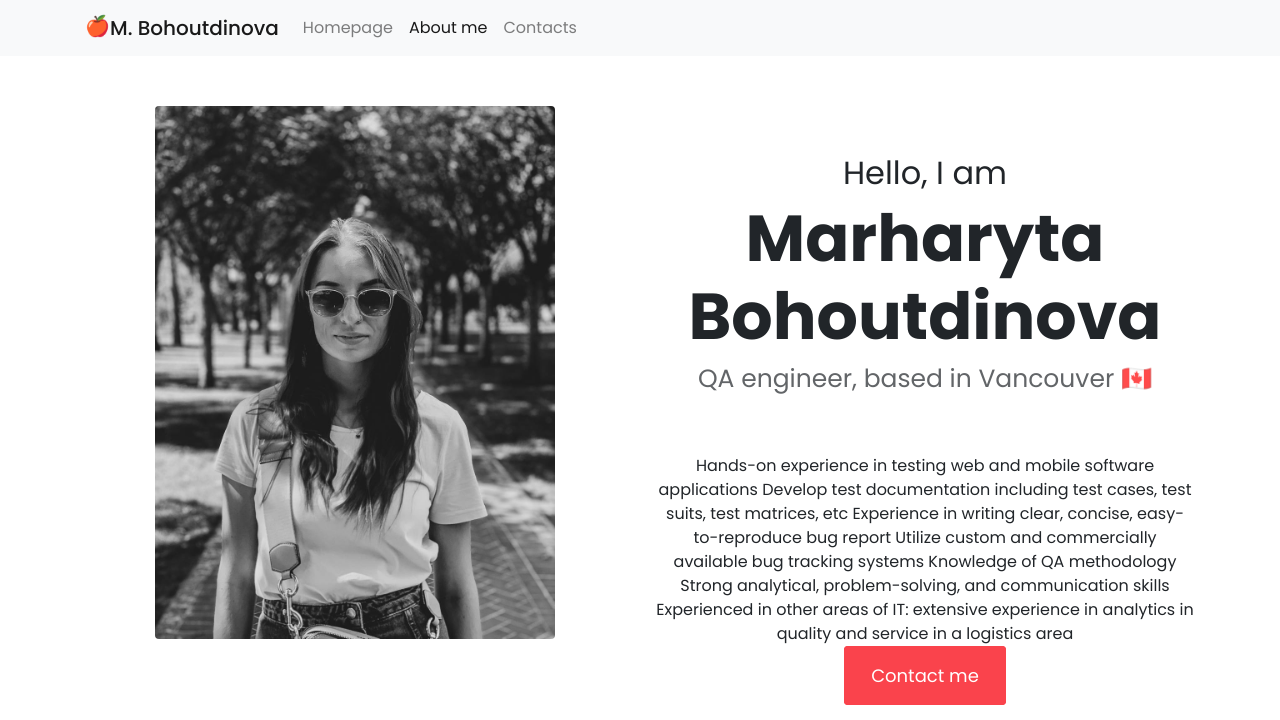
Repository: Bohoutdinova/Portfolio_week-4
Page: about.html
These files come from the project's save history. The page is drawn as it stood at one moment and after the next save; the edit follows.
The browser window is 1280 px wide. The pictures show the whole page.

Above is the page before, as saved 2022-08-12 15:39:22.

### about.html
<!DOCTYPE html>
<html lang="en">
  <meta charset="UTF-8" />
  <meta http-equiv="X-UA-Compatible" content="IE=edge" />
  <meta name="viewport" content="width=device-width, initial-scale=1.0" />
  <title>M. Bohoutdinova - QA engineer</title>
  <meta
    name="description"
    content="About M. Bohoutdinova - QA engineer, situated in Vancouver"
  />
  <link
    rel="stylesheet"
    href="https://cdn.jsdelivr.net/npm/bootstrap@4.3.1/dist/css/bootstrap.min.css"
    integrity="sha384-ggOyR0iXCbMQv3Xipma34MD+dH/1fQ784/j6cY/iJTQUOhcWr7x9JvoRxT2MZw1T"
    crossorigin="anonymous"
  />
  <script
    src="https://code.jquery.com/jquery-3.3.1.slim.min.js"
    integrity="sha384-q8i/X+965DzO0rT7abK41JStQIAqVgRVzpbzo5smXKp4YfRvH+8abtTE1Pi6jizo"
    crossorigin="anonymous"
  ></script>
  <script
    src="https://cdn.jsdelivr.net/npm/popper.js@1.14.7/dist/umd/popper.min.js"
    integrity="sha384-UO2eT0CpHqdSJQ6hJty5KVphtPhzWj9WO1clHTMGa3JDZwrnQq4sF86dIHNDz0W1"
    crossorigin="anonymous"
  ></script>
  <script
    src="https://cdn.jsdelivr.net/npm/bootstrap@4.3.1/dist/js/bootstrap.min.js"
    integrity="sha384-JjSmVgyd0p3pXB1rRibZUAYoIIy6OrQ6VrjIEaFf/nJGzIxFDsf4x0xIM+B07jRM"
    crossorigin="anonymous"
  ></script>
  <link rel="stylesheet" href="/src/style.css" />
  <link rel="preconnect" href="https://fonts.googleapis.com" />
  <link rel="preconnect" href="https://fonts.gstatic.com" crossorigin />
  <link rel="preconnect" href="https://fonts.googleapis.com" />
  <link rel="preconnect" href="https://fonts.gstatic.com" crossorigin />
  <link
    href="https://fonts.googleapis.com/css2?family=Abril+Fatface&family=Poppins:wght@100;400;500;700&display=swap"
    rel="stylesheet"
  />
  <body>
    <nav class="navbar navbar-expand-lg navbar-light bg-light">
      <div class="container">
        <a class="navbar-brand" href="/index.html" title="Homepage"
          >M. Bohoutdinova</a
        >
        <button
          class="navbar-toggler"
          type="button"
          data-toggle="collapse"
          data-target="#navbarNav"
          aria-controls="navbarNav"
          aria-expanded="false"
          aria-label="Toggle navigation"
        >
          <span class="navbar-toggler-icon"></span>
        </button>
        <div class="collapse navbar-collapse" id="navbarNav">
          <ul class="navbar-nav">
            <li class="nav-item">
              <a class="nav-link" href="/index.html" title="Homepage"
                >Homepage <span class="sr-only">(current)</span></a
              >
            </li>
            <li class="nav-item active">
              <a
                class="nav-link"
                href="/about.html"
                title="About M. Bohoutdinova"
                >About me</a
              >
            </li>
            <li class="nav-item">
              <a class="nav-link" href="#" title="Contact with M. Bohoutdinova"
                >Contacts</a
              >
            </li>
          </ul>
        </div>
      </div>
    </nav>
    <div class="container mt-5">
      <div class="row">
        <div class="col d-none d-lg-block">
          <img
            src="/images/photo.jpg"
            alt="My photo"
            width="400"
            class="img-fluid rounded"
          />
        </div>
        <div class="col hero-page mt-5">
          <h2>Hello, I am</h2>
          <h1 class="name">Marharyta Bohoutdinova</h1>
          <h3>QA engineer, based in Vancouver 🇨🇦</h3>
          <p class="about-description">
            Hands-on experience in testing web and mobile software applications
            Develop test documentation including test cases, test suits, test
            matrices, etc Experience in writing clear, concise,
            easy-to-reproduce bug report Utilize custom and commercially
            available bug tracking systems Knowledge of QA methodology Strong
            analytical, problem-solving, and communication skills Experienced in
            other areas of IT: extensive experience in analytics in quality and
            service in a logistics area
          </p>
          <a href="#" class="contact-me rounded mt-5" title="Contact me"
            >Contact me</a
          >
        </div>
      </div>
    </div>
  </body>
</html>

### src/style.css
:root {
  --main-family-font: "Poppins", sans-serif;
  --main-color: #fa434c;
}
body {
  font-family: var(--main-family-font);
}

.navbar-brand {
  position: relative;
  padding-left: 25px;
  font-weight: 500;
}

.navbar-brand:before {
  position: absolute;
  content: "🍎";
  left: 0;
  top: 3px;
}

.navbar-brand:hover:before {
  content: "🍏";
}
.hero-page {
  text-align: center;
}

h2 {
  font-weight: 400;
}
h1 {
  font-weight: 700;
  font-size: 65px;
}
h3 {
  font-size: 25px;
  font-weight: 400;
  opacity: 70%;
}
.hero-page h3 {
  margin-bottom: 60px;
}
img {
  display: block;
  margin: 0 auto;
  text-align: center;
}
.col-sm-6 {
  padding: 0;
}
.contact-me {
  padding: 15px 25px;
  background-color: var(--main-color);
  color: white;
  font-size: 18px;
  border: 2px solid var(--main-color);
}
.contact-me:hover {
  color: var(--main-color);
  background-color: white;
  border-color: var(--main-color);
  text-decoration: none;
}
.about-app {
  text-align: center;
}
.app-name {
  font-size: 35px;
  font-weight: 700;
}
.app {
  background-color: rgb(255, 216, 216, 30%);
}
.app-description {
  padding: 15px 25px;
  margin: 30px;
  text-align: center;
}
.app-description-p {
  margin-top: 30px;
  margin-bottom: 50px;
}
.app-link {
  color: var(--main-color);
  padding: 15px 25px;
  font-size: 18px;
  border: 2px solid rgb(255, 216, 216);
}
.app-link:hover {
  text-decoration: none;
  color: black;
}
.row {
  margin-top: 50px;
}
@media (max-width: 900px) {
  h1 {
    font-size: 45px;
  }
  h3 {
    font-size: 20px;
  }
  .row {
    margin-top: 0;
  }
}

After the next save:
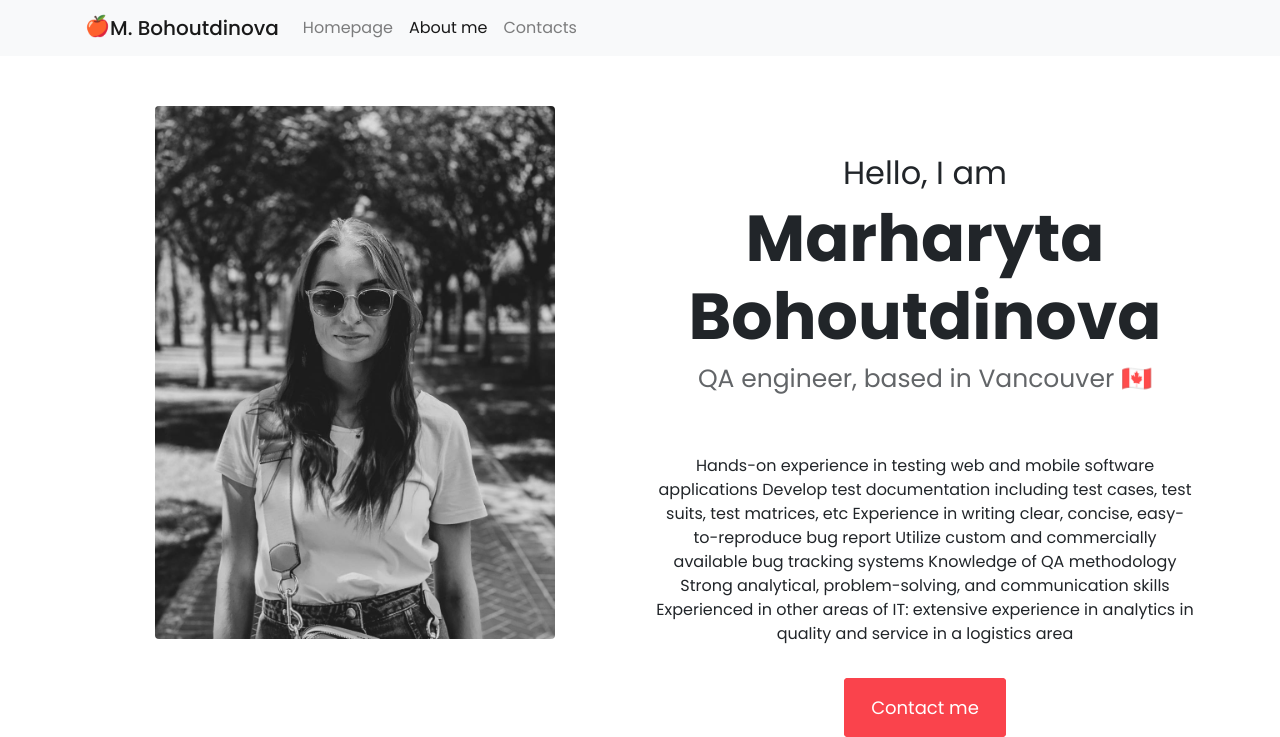
Saved 10 s later.
--- a/about.html
+++ b/about.html
@@ -93,7 +93,7 @@
           <h2>Hello, I am</h2>
           <h1 class="name">Marharyta Bohoutdinova</h1>
           <h3>QA engineer, based in Vancouver 🇨🇦</h3>
-          <p class="about-description">
+          <p class="about-description mb-5">
             Hands-on experience in testing web and mobile software applications
             Develop test documentation including test cases, test suits, test
             matrices, etc Experience in writing clear, concise,
